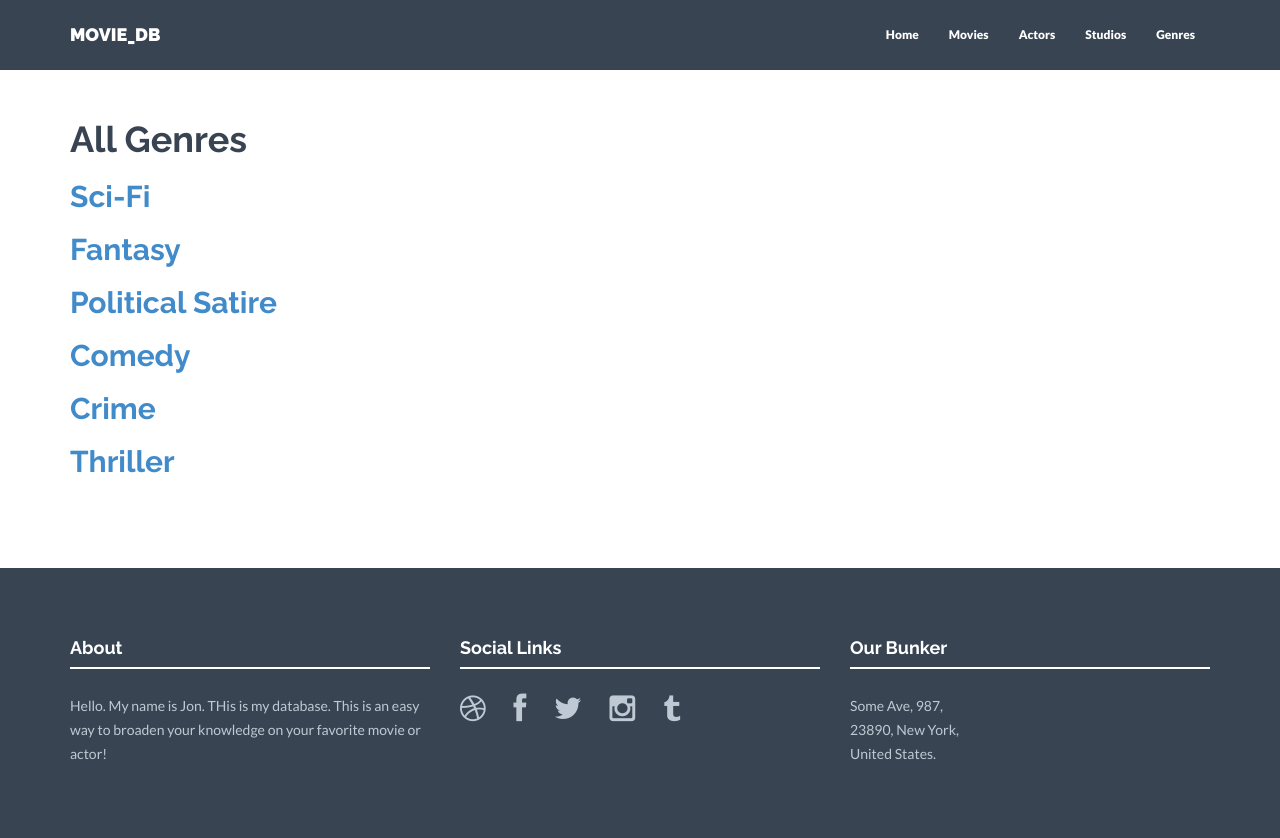
Repository: jonak91/Buzzerd-index
Page: http://localhost/genres.php
The author's editor kept a record of every edit. The page is drawn from the files as they stood at one moment, then again after the next edit.
The browser window is 1280 px wide. The pictures show the whole page.
Some web libraries are served in a nearby version. The page is run by PHP 8.4 with error messages shown; the project is at /var/www/html/. The database holds what the project's SQL file puts in it.

Above is the page before.
Not found: assets/js/modernizr.js

After the next edit:
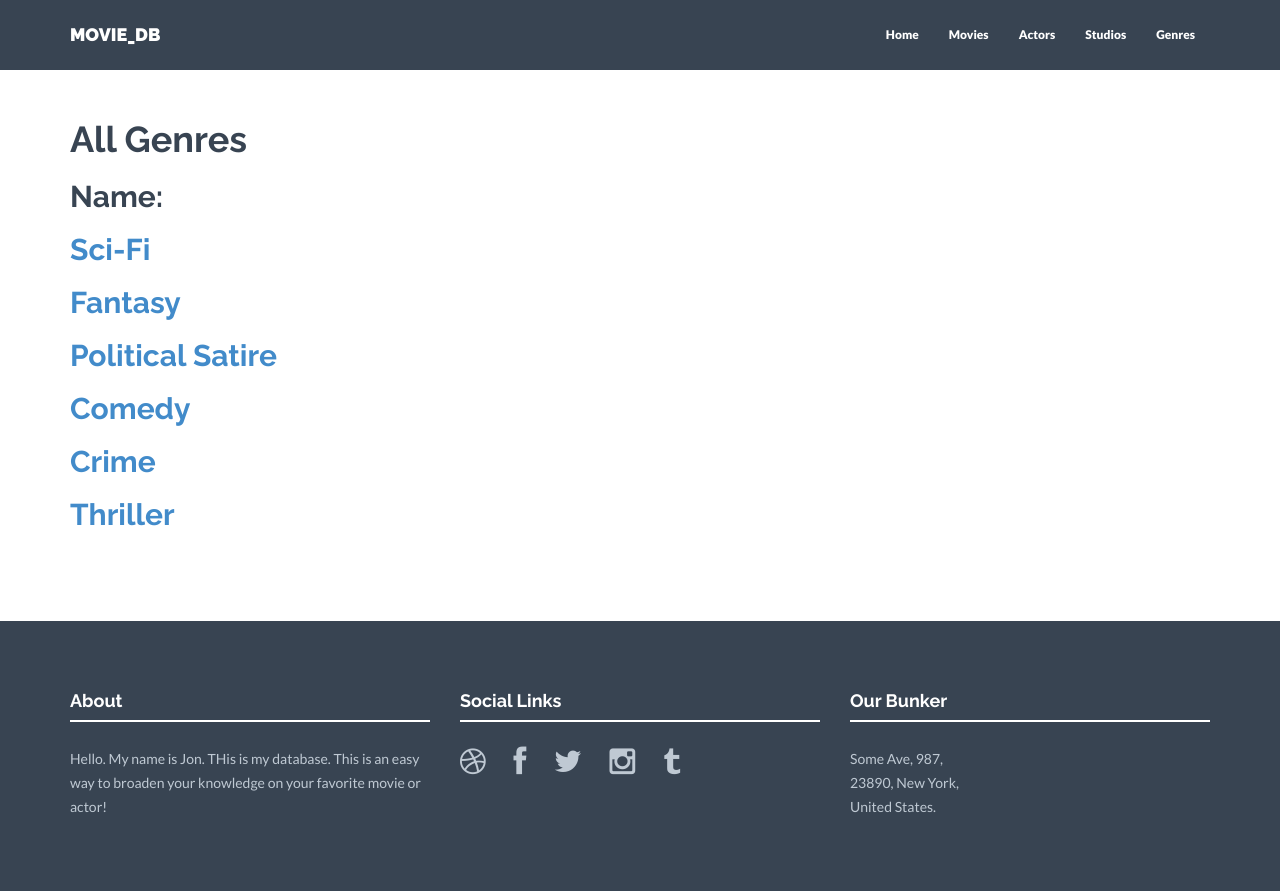
The edit:
--- a/genres.php
+++ b/genres.php
@@ -8,6 +8,7 @@
 	 		<div class="col-lg-8">
 	 			<h1>All Genres</h1>
 
+		 		<h2>Name:</h2>
 		 		<?php
 		 		$genres = get_genres();
 		 		foreach ($genres as $genre) { ?>
